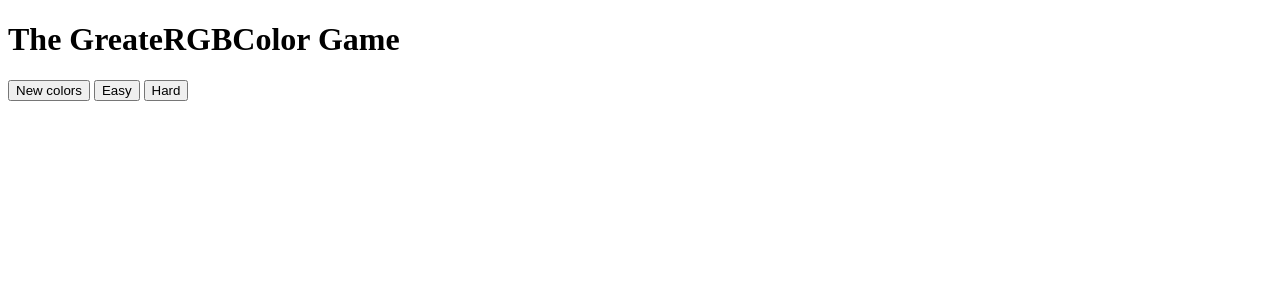
Repository: EEOOOO/javascript-projects
Page: Sol_rgbColorGameApp/index.html
These files come from the project's save history. The page is drawn as it stood at one moment and after the next save; the edit follows.
The browser window is 1280 px wide. The pictures show the whole page.

Above is the page before, as saved 2022-07-19 17:34:18.

### Sol_rgbColorGameApp/index.html
<!DOCTYPE html>
<html lan="en">
    <head>
        <meta charset="UTF-8">
        <meta http-equiv="X_UA-Compatible" comtent="IE=Edge">
        <meta name="viewport" content="width=divice-width, initial-scale=1.0">
        <link rel="stylesheet" href="style.css">
        <script src="rgbGame.js"></script>
        <title>RGB COLOR GAME</title>
    </head>
    <body>
        <h1>The Greate<span class="color-display">RGB</span>Color Game</h1>
        <div class="stipre">
            <button class="reset">New colors</button>
            <span class="message"></span>
            <button class="mode">Easy</button>
            <button class="mode selected">Hard</button>
        </div>
        <div class="container">
            <div class="square"></div>
            <div class="square"></div>
            <div class="square"></div>
            <div class="square"></div>
            <div class="square"></div>
            <div class="square"></div>
        </div>
    </body>
</html>

### Sol_rgbColorGameApp/style.css
body {
  background-color: 232323;
}

Loaded but not shown: Sol_rgbColorGameApp/rgbGame.js (no stored copy; drawn as an empty file)

After the next save:
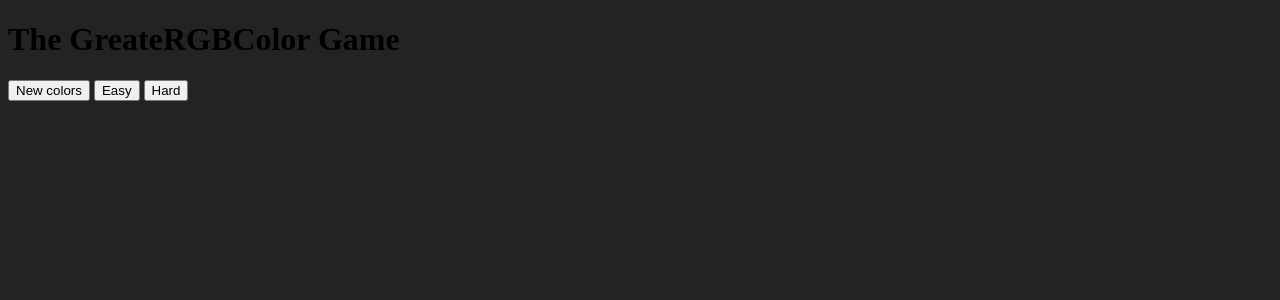
Saved 7 s later.
--- a/Sol_rgbColorGameApp/style.css
+++ b/Sol_rgbColorGameApp/style.css
@@ -1,3 +1,3 @@
 body {
-  background-color: 232323;
+  background-color: #232323;
 }
